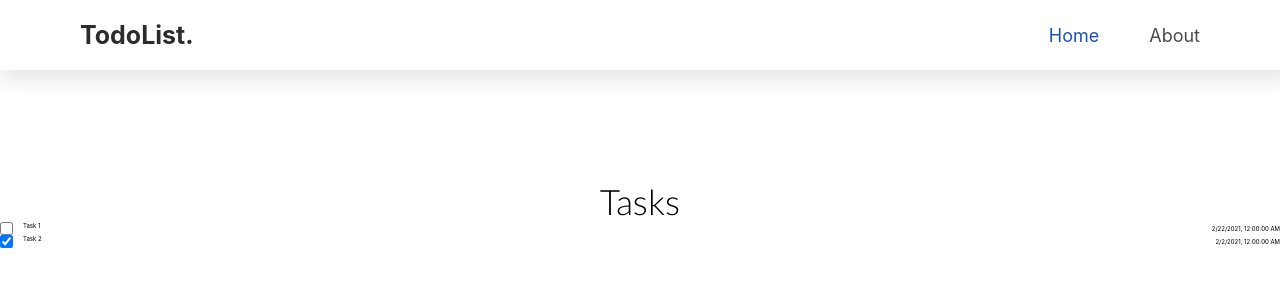
Repository: dqhuy153/react-todoList
Page: /
The author's editor kept a copy of each file at every save. The page is drawn from the files as they stood at one save, then again after the next save.
The browser window is 1280 px wide. The pictures show the whole page.
The project was rebuilt for these pictures with package versions that can differ from the ones it lists, and the page was loaded fresh each time. Also part of the build but not shown: src/components/UI/LoadingSpinner.module.scss.

Above is the page before, as saved 2021-09-16 20:43:20.

After the next save:
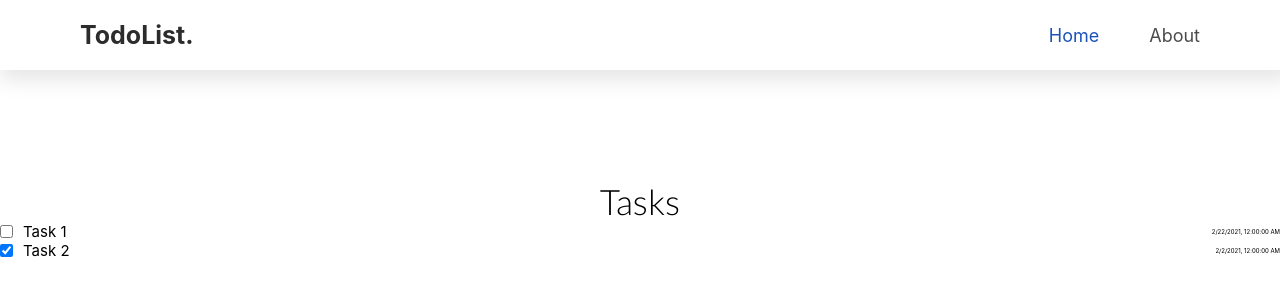
Saved 21 s later.
--- a/src/components/todos/TodoItem.module.scss
+++ b/src/components/todos/TodoItem.module.scss
@@ -9,5 +9,6 @@
 
   p {
     margin-left: 1rem;
+    font-size: 1.5rem;
   }
 }
